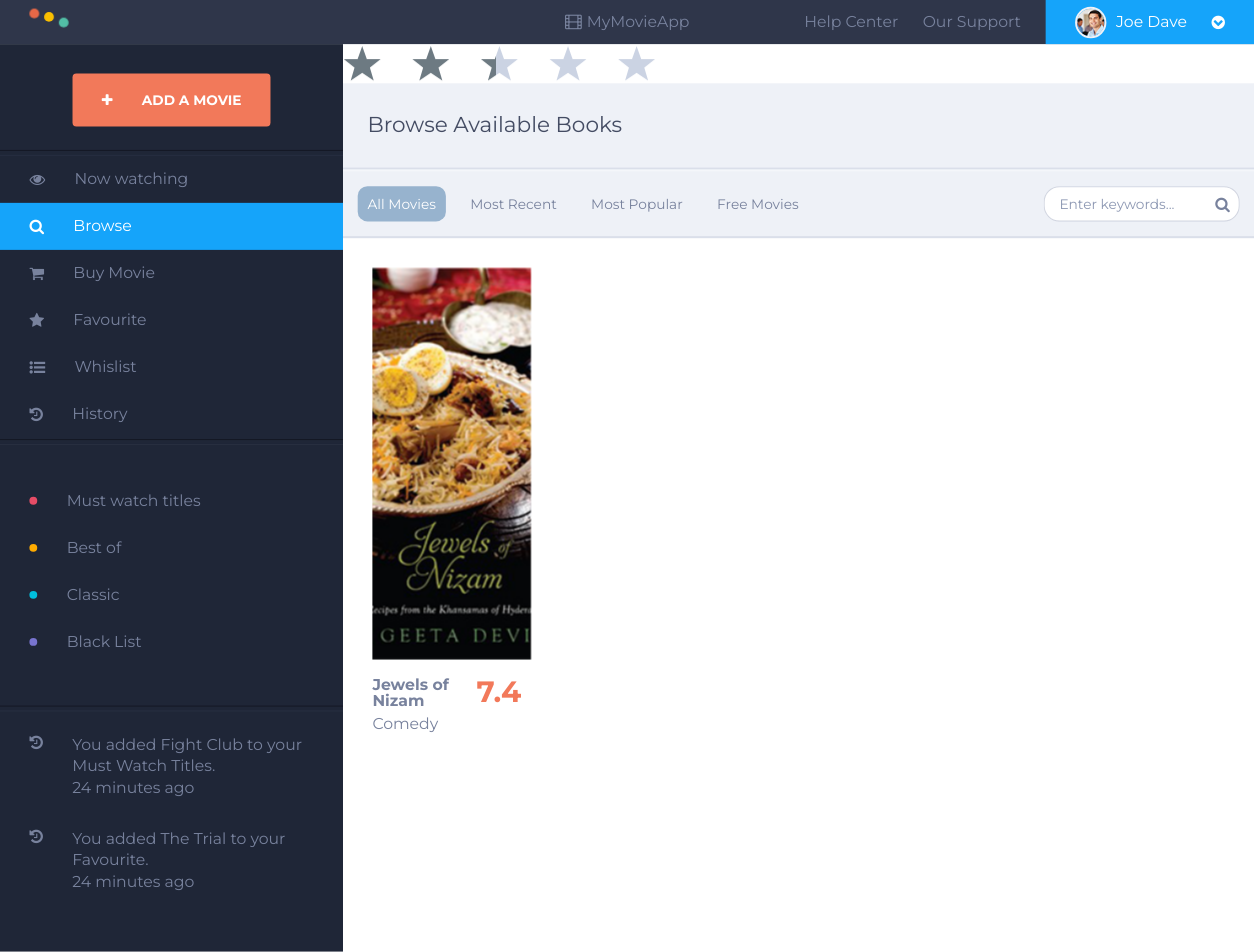
Repository: zyng/movie
Page: /
The author's editor kept a copy of each file at every save. The page is drawn from the files as they stood at one save, then again after the next save.
The browser window is 1280 px wide. The pictures show the whole page, at 98% of full size.
Some web libraries are served in a nearby version. The project was rebuilt for these pictures with package versions that can differ from the ones it lists, and the page was loaded fresh each time.

Above is the page before, as saved 2019-01-17 02:22:09.

After the next save:
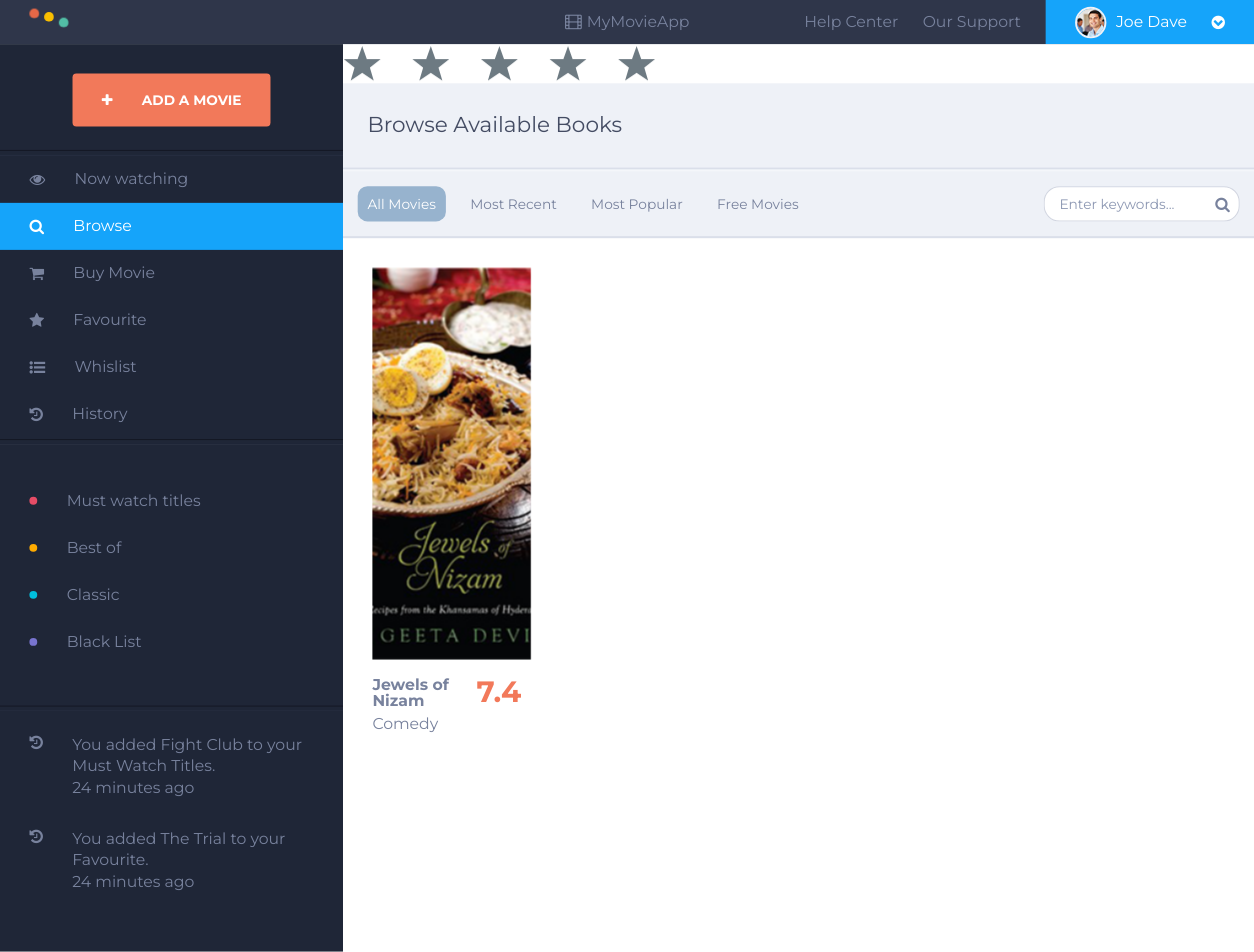
Saved 18 s later.
--- a/src/components/Main/Main.js
+++ b/src/components/Main/Main.js
@@ -14,7 +14,7 @@
             <section className="main__content">
 
                 <StarRatings
-                    rating={2.403}
+                    rating={5}
                     starDimension="40px"
                     starSpacing="15px"
                 />
